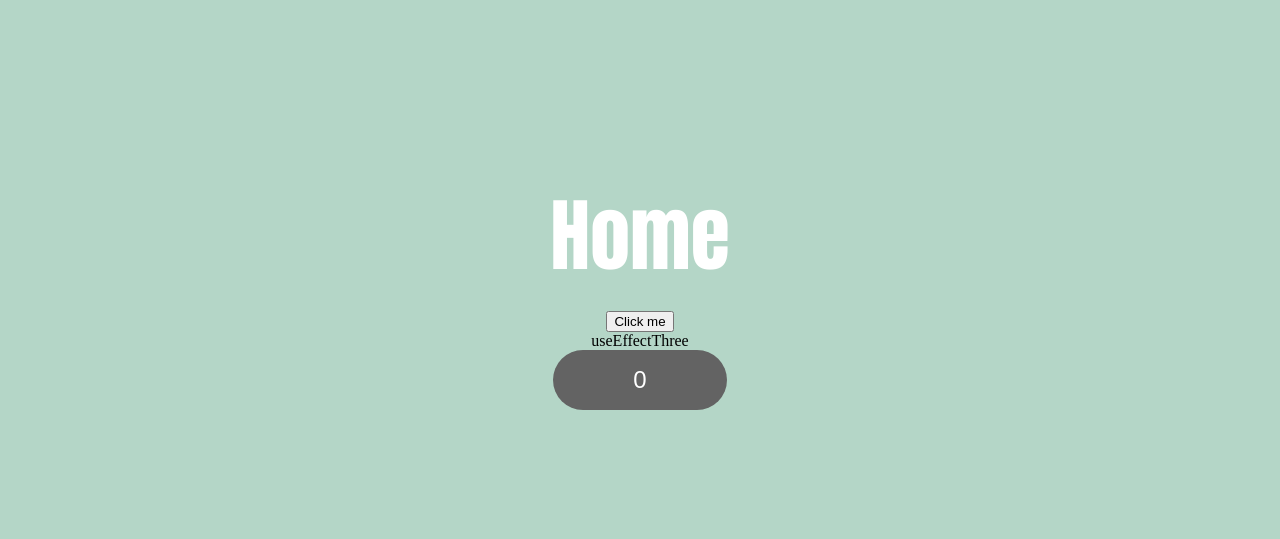
Repository: jennydmcm/useeffect-carousel
Page: /useEffectThree
These files come from the project's save history. The page is drawn as it stood at one moment and after the next save; the edit follows.
The browser window is 1280 px wide. The pictures show the whole page.
The project was rebuilt for these pictures with package versions that can differ from the ones it lists, and the page was loaded fresh each time. The framework's server and built-in components were replaced by stand-ins that run in the browser. Also part of the build but not shown: next.config.js.

Above is the page before, as saved 2023-02-23 19:11:43.

After the next save:
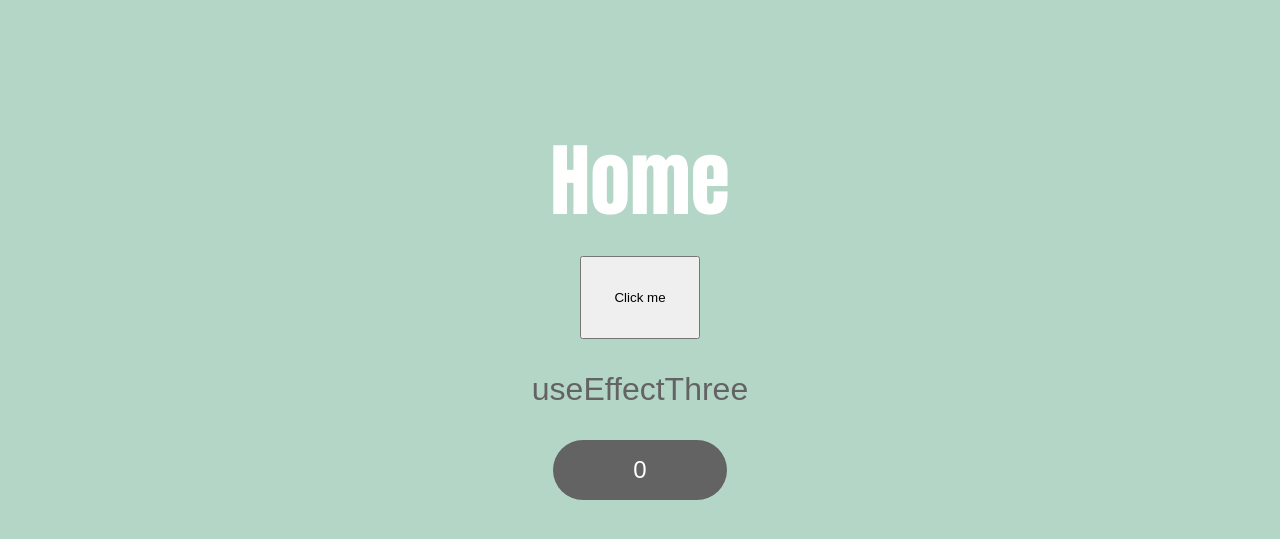
Saved 77 s later.
--- a/styles/UseEffectThree.module.css
+++ b/styles/UseEffectThree.module.css
@@ -19,7 +19,11 @@
     color: var(--text-hover);
 }
 
-.b .title {
+.button {
+    padding: 2rem;
+}
+
+.title {
     font-family: Arial, Helvetica, sans-serif;
     font-size: 2rem;
     color: var(--text-hover);
